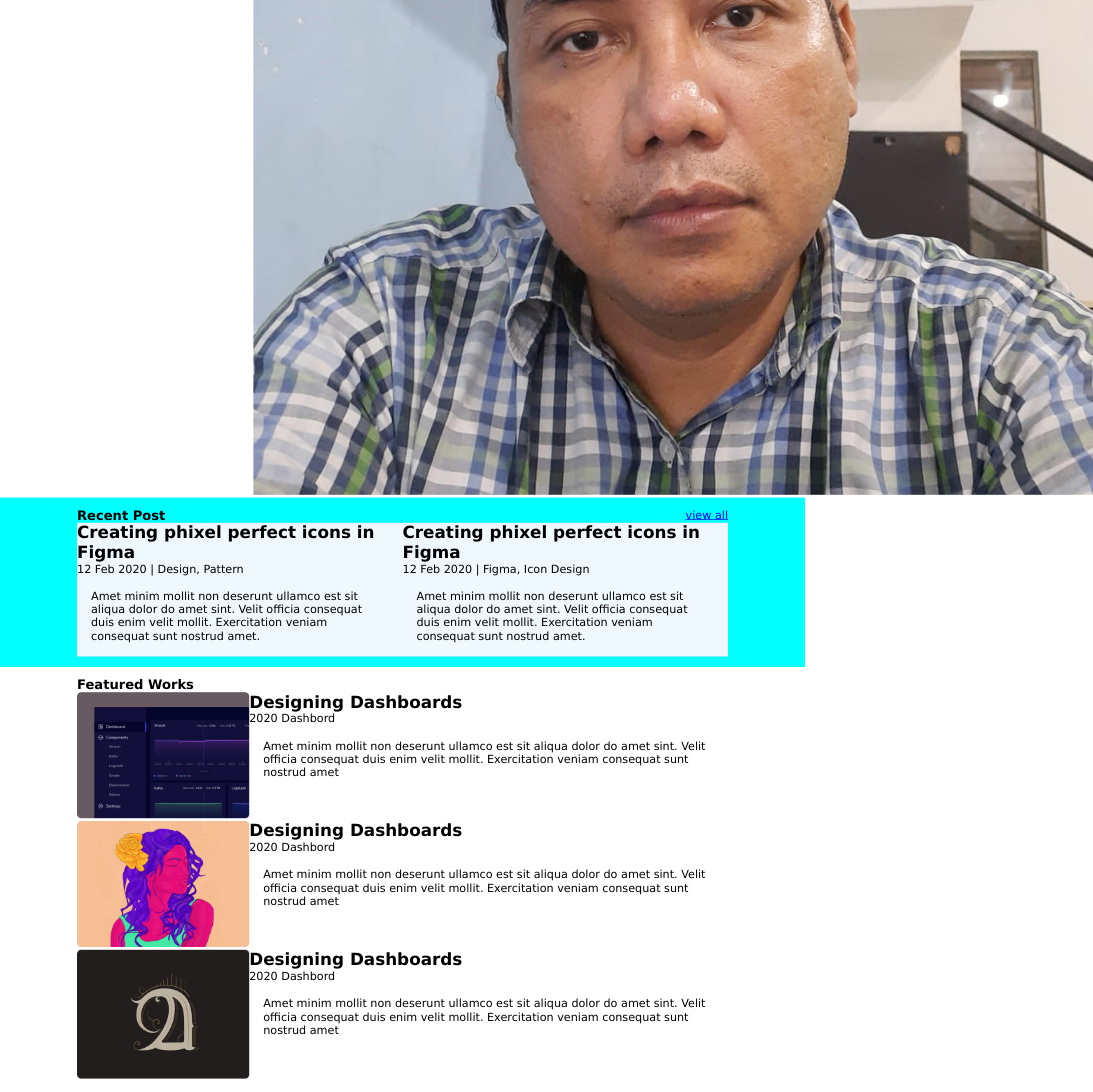
Repository: jafetdn73/portofolio
Page: index.html
The author's editor kept a copy of each file at every save. The page is drawn from the files as they stood at one save, then again after the next save.
The browser window is 1280 px wide. The page is 1562 px wide, so the pictures cover 1562 px, including what lies to the right of the window. The pictures show the part of the page from y = 687 to 2247 px (the page is 2247 px tall), at 70% of full size.

Above is the page before, as saved 2022-02-23 09:05:33.

After the next save:
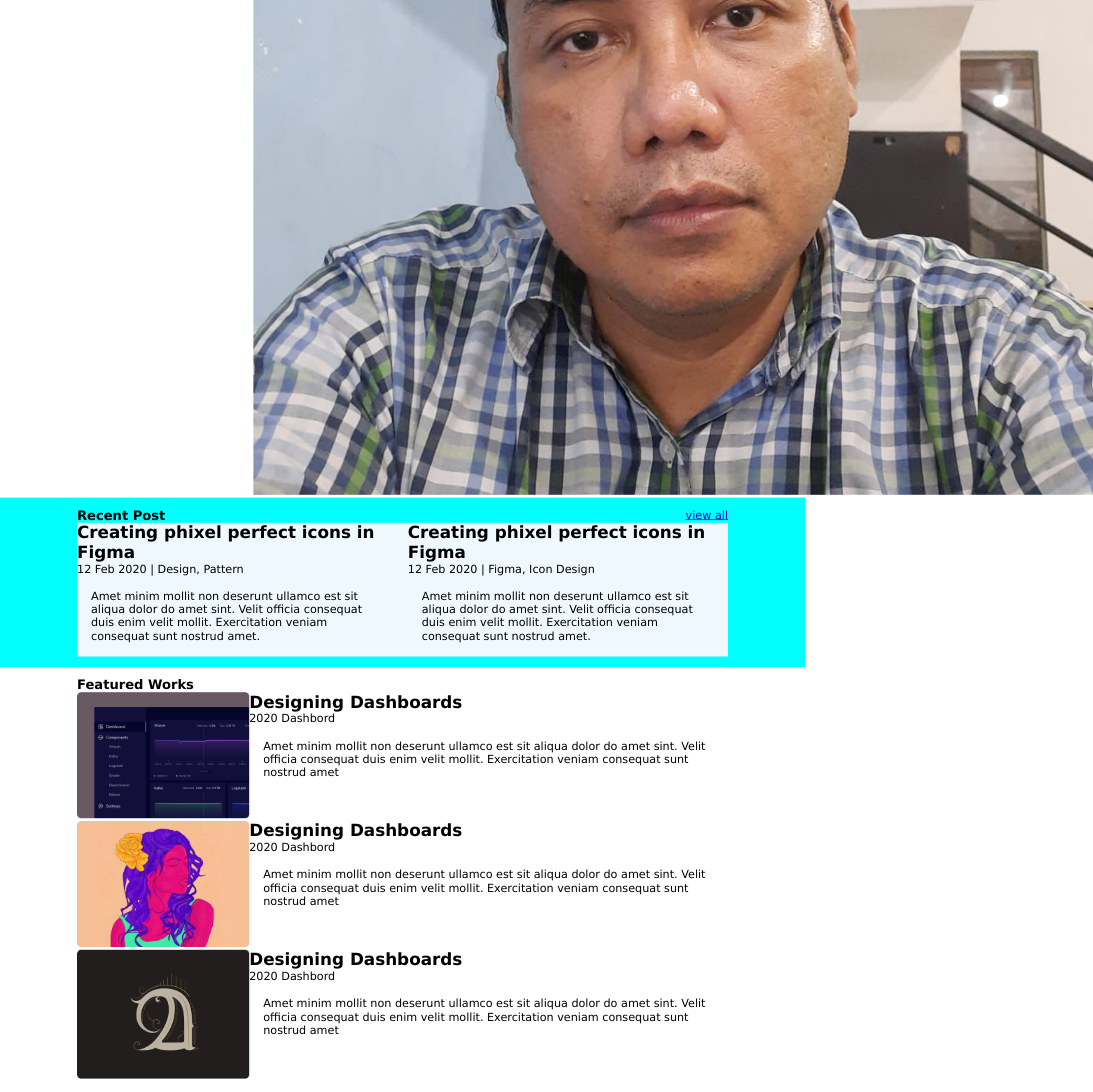
Saved 3 min 5 s later.
--- a/figma.css
+++ b/figma.css
@@ -66,6 +66,7 @@
 .post-content {
     background-color: aliceblue;
     display: flex;
+    gap:15px;
 }
 
 /* Start Featured */
